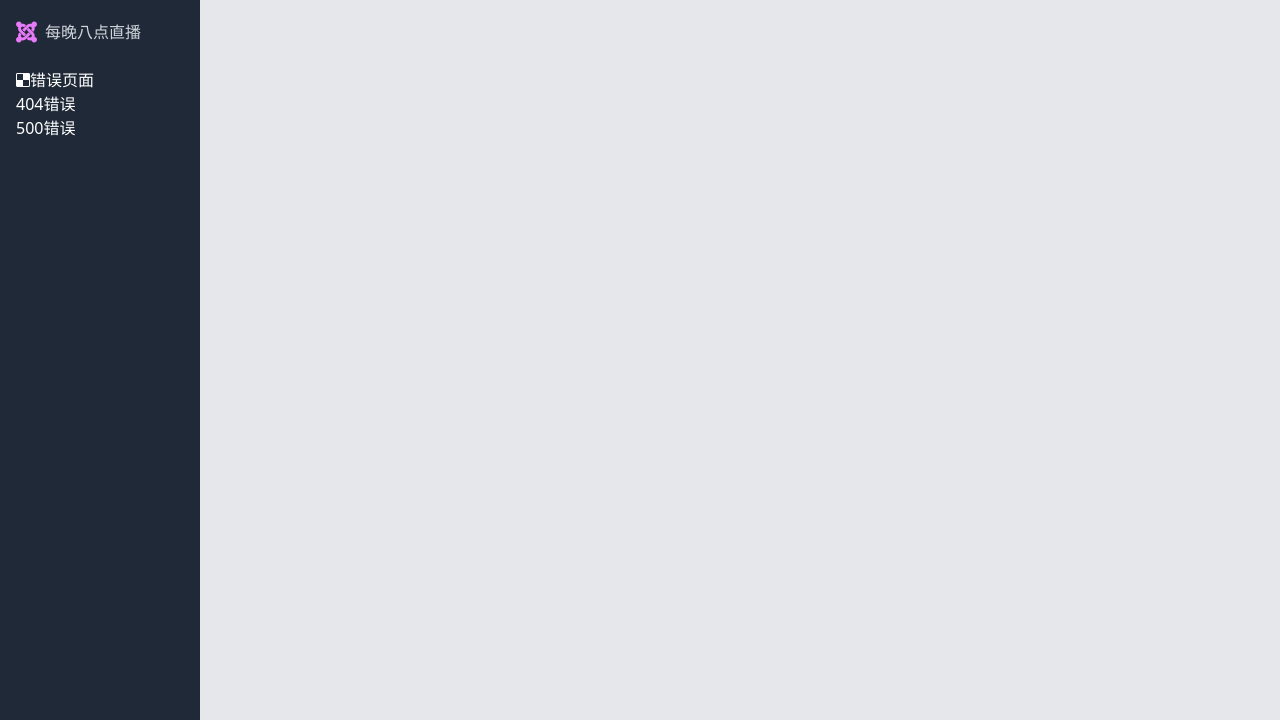
Repository: liangyingbo/vite-vue-TS
Page: /#/admin/home
The author's editor kept a copy of each file at every save. The page is drawn from the files as they stood at one save, then again after the next save.
The browser window is 1280 px wide. The pictures show the whole page.
The project was rebuilt for these pictures with package versions that can differ from the ones it lists, and the page was loaded fresh each time. Also part of the build but not shown: vite.config.ts, src/components/form/HdButton.vue, src/components/form/HdInput.vue, src/components/form/hdLink.vue, src/styles/global.scss.

Above is the page before, as saved 2022-11-18 19:56:00.

### index.html
<!DOCTYPE html>
<html lang="en">
  <head>
    <meta charset="UTF-8" />
    <link rel="icon" type="image/svg+xml" href="/vite.svg" />
    <meta name="viewport" content="width=device-width, initial-scale=1.0" />
    <link href="https://cdn.bootcdn.net/ajax/libs/font-awesome/6.2.0/css/all.css" rel="stylesheet">
    <title>Vite + Vue + TS</title>
  </head>
  <body>
    <div id="app"></div>
    <script type="module" src="/src/main.ts"></script>
  </body>
</html>

### src/main.ts
import { createApp } from 'vue'
import router, { setupRouter } from '@/router'
import { setupPlugins } from '@/plugins'
import '@/styles/global.scss'
import App from './App.vue'

async function bootstrap() {
    const app = createApp(App)
    setupRouter(app)
    setupPlugins(app)
    await router.isReady()
    app.mount('#app')
}
bootstrap()

### src/router/index.ts
import { App } from 'vue';
import { createRouter, createWebHashHistory } from 'vue-router'
import routes from './routes';
import layoutRoutes from './autoLoad';
import guard from './guard';
const router = createRouter({
    history: createWebHashHistory(),
    routes : [...routes,...layoutRoutes]
})
export function setupRouter(app:App){

    guard(router)
    app.use(router)
}

export default router;

### src/plugins/index.ts
import { App } from "vue";
import { setupTailWindCssPlugin } from "./tailwindcss";

export function setupPlugins(app: App) {
    autoRegisterComponent(app)

    setupTailWindCssPlugin()
}



function autoRegisterComponent(app: App) {
    const components = import.meta.glob('../components/form/*.vue', { eager: true })
    console.log(components)
    Object.keys(components).forEach(key => {
        const name = key.split('/').pop()?.split('.')[0] as string

        app.component(name, components[key].default)
    })
}

### src/App.vue
<script setup lang="ts">

// import {info} from '@/apis/userApi'

//const response =  info()
// console.log(response.then(res=>res.data.age))
// console.log()

 </script>

 <template>

    <router-view ></router-view>
 </template>

<style scoped>
</style>

### src/router/routes.ts
import { RouteRecordRaw } from "vue-router"
 const routes = [
    {
        path:'/home',
        name:'home',
        component:() => import("@/views/home.vue"),
    }
]  as  RouteRecordRaw[]

export default routes

### src/router/autoLoad.ts
import { RouteRecordRaw } from "vue-router";


const layout = import.meta.glob('../layouts/*.vue')
const children = import.meta.glob('../views/**/*.vue')
function getRoutes() {
    const layoutRoutes = [] as RouteRecordRaw[]
    Object.entries(layout).forEach(([file, module]) => {
        const route = getRouteByModule(file, module)
        route.children = getChildrenRoutes(route)
        layoutRoutes.push(route)
    })
    return layoutRoutes
}


// 根据布局路由匹配子路由
function getChildrenRoutes(layoutRoute: RouteRecordRaw) {
    const routes = [] as RouteRecordRaw[]
    Object.entries(children).forEach(([file, module]) => {
        if (file.includes(`../views/${layoutRoute.name as string}`)) {
            const route = getRouteByModule(file, module)
            routes.push(route)
        }
    })
    return routes
}

function getRouteByModule(file: string, module: () => Promise<unknown>) {
    const name = file.replace(/.+layouts\/|.+views\/|\.vue/gi, '')
    const route = {
        name: name.replace('/', '.'),
        path: `/${name}`,
        component: module
    } as RouteRecordRaw

    return route
}
export default getRoutes()

### src/router/guard.ts
 import { RouteLocationNormalized, Router } from "vue-router"


class Guard {
    constructor(private router: Router) { }

    public run() {
          this.router.beforeEach((to,from) =>{
            console.log(to)
             if(!this.isLogin(to)) return {name:'auth.login'}


          })
    }

    private isLogin(route:RouteLocationNormalized){
        // console.log(route.meta)
        console.log(route.meta)
        return true
    }
}

export default (router: Router) => {
    new Guard(router).run()
}

### src/plugins/tailwindcss/index.ts
import './tailwindcss.css'

export function setupTailWindCssPlugin(){

}

### src/layouts/admin.vue
<template>
    <div>
         <router-view></router-view>
    </div>
</template>
<script lang="ts" setup>
import routes from "@/router/routes";


</script>

<script lang="ts">
export default {
    route:{meta:{auth:true}}
}
</script>

<style lang="scss" scoped>

</style>

### src/views/admin/home.vue
<template>
    <div class=" admin w-screen h-screen flex ">
        <div class="w-[200px] py-2 bg-gray-800">
             <div class="text-white  flex items-center py-2 px-4">
                <i class="fab fa-joomla text-2xl text-fuchsia-400 mr-2"></i>
                <span class="text-base text-gray-300">每晚八点直播</span>
             </div>
             <div class="left-container">
                <dt class="text-white mt-3">
                    <dl class="px-4">
                        <i class="fab fa-delicious"></i>
                        <span>错误页面</span>
                        <dd>404错误</dd>
                        <dd>500错误</dd>
                    </dl>
                </dt>
             </div>
        </div>
        <div class="bg-gray-200 flex-1">
            <router-view></router-view>
        </div>
    </div>
</template>

<script lang="ts" setup></script>

<style lang="scss" scoped>

</style>

Loaded but not shown: src/plugins/tailwindcss/tailwindcss.css (common file); tailwind.config.cjs (common file)

After the next save:
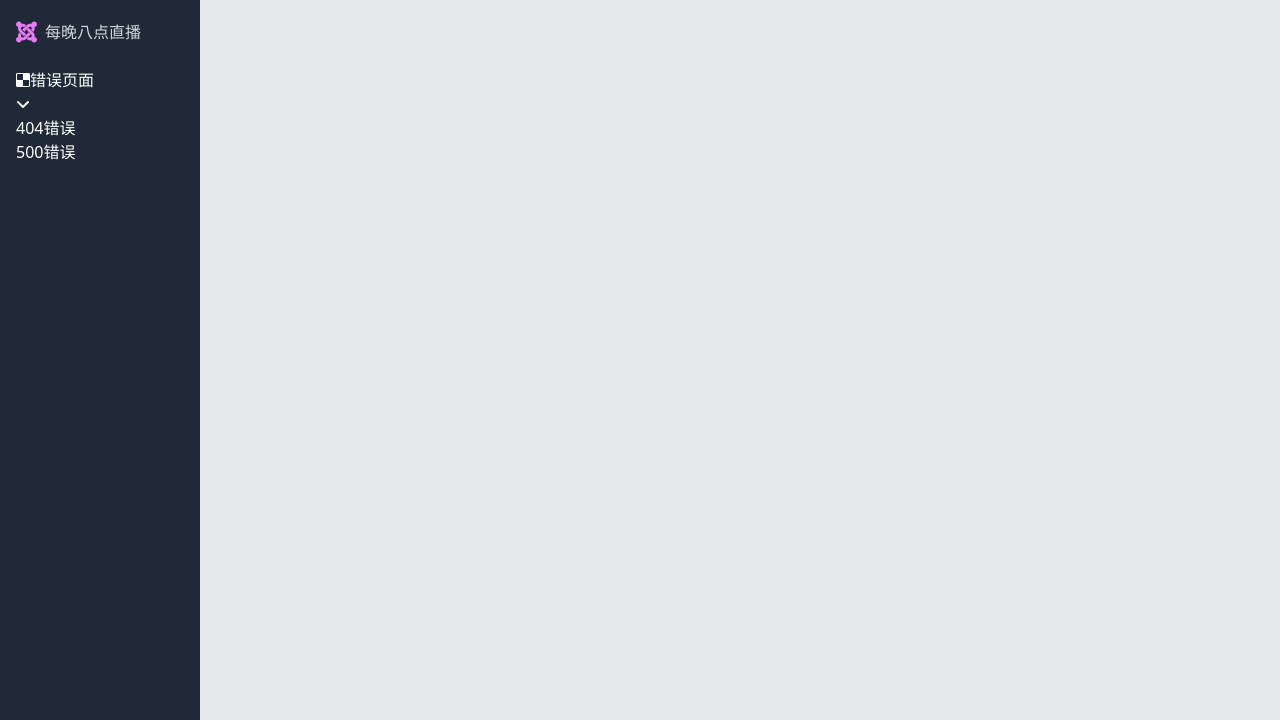
Saved 2 min 10 s later.
--- a/src/views/admin/home.vue
+++ b/src/views/admin/home.vue
@@ -8,8 +8,13 @@
              <div class="left-container">
                 <dt class="text-white mt-3">
                     <dl class="px-4">
+                       <section>
                         <i class="fab fa-delicious"></i>
                         <span>错误页面</span>
+                       </section>
+                       <section>
+                        <i class="fas fa-angle-down"></i>
+                       </section>
                         <dd>404错误</dd>
                         <dd>500错误</dd>
                     </dl>

After the 2 saves that followed:
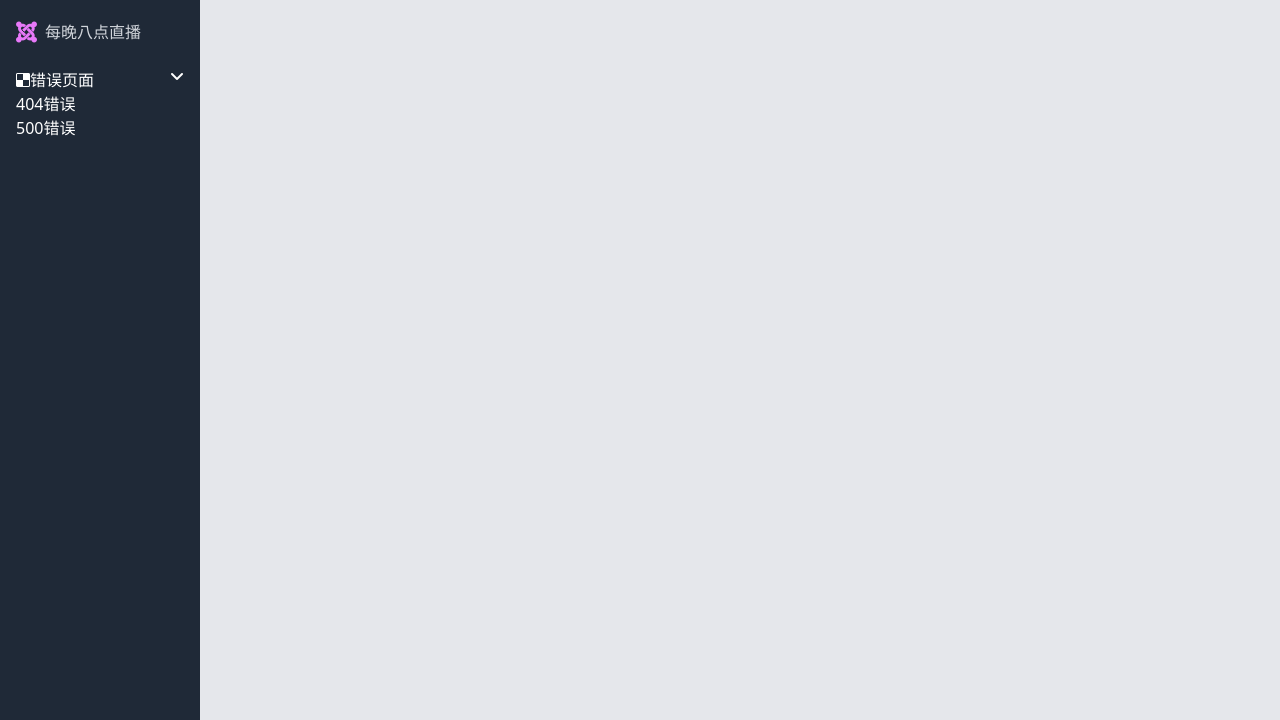
The 2 saves are shown as one change because 1 left the picture as it was.
The last was saved 60 s later.
--- a/src/views/admin/home.vue
+++ b/src/views/admin/home.vue
@@ -8,14 +8,16 @@
              <div class="left-container">
                 <dt class="text-white mt-3">
                     <dl class="px-4">
-                       <section>
+                       <section class="flex justify-between">
+                        <div>
                         <i class="fab fa-delicious"></i>
                         <span>错误页面</span>
+                        </div>
+
+                        <i class="fas fa-angle-down"></i>
+
                        </section>
-                       <section>
-                        <i class="fas fa-angle-down"></i>
-                       </section>
-                        <dd>404错误</dd>
+                         <dd>404错误</dd>
                         <dd>500错误</dd>
                     </dl>
                 </dt>
